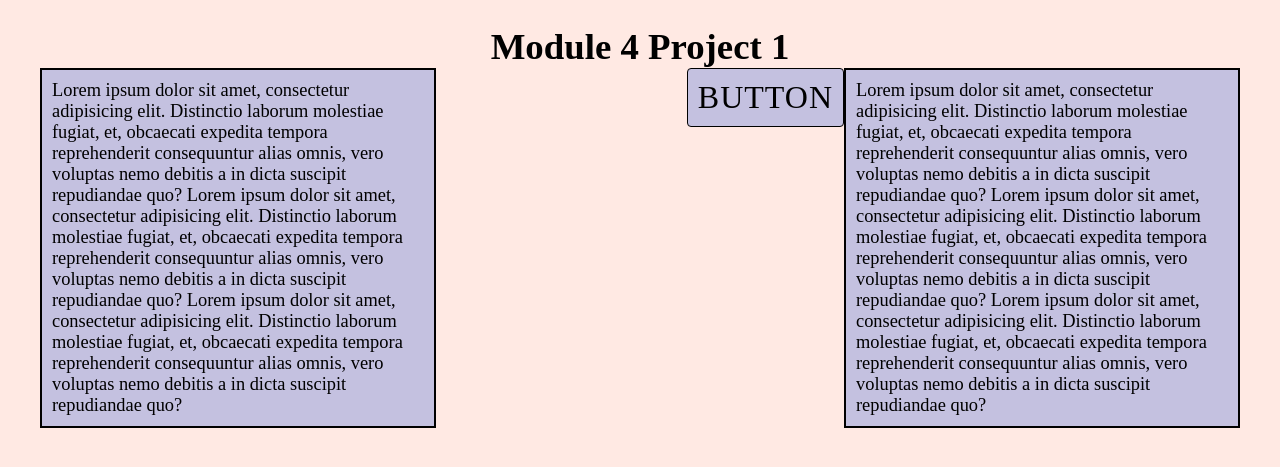
Repository: mlmEFSC21/P6-External-Style-Sheet
Page: index.html
The author's editor kept a copy of each file at every save. The page is drawn from the files as they stood at one save, then again after the next save.
The browser window is 1280 px wide. The pictures show the whole page.

Above is the page before, as saved 2022-02-13 17:25:58.

### index.html
<!DOCTYPE html>
<html lang="en">
    <head>
        <meta charset="UTF-8" />
        <meta http-equiv="X-UA-Compatible" content="IE=edge" />
        <meta name="viewport" content="width=device-width, initial-scale=1.0" />
        <link rel="stylesheet" href="Styles.css" />
        <title>External Style Sheets</title>
    </head>
    <header><h1>Module 4 Project 1</h1></header>
    <body>
        <div class="floatContainer">
            <div>
                <p class="p1">
                    Lorem ipsum dolor sit amet, consectetur adipisicing elit. Distinctio laborum
                    molestiae fugiat, et, obcaecati expedita tempora reprehenderit consequuntur
                    alias omnis, vero voluptas nemo debitis a in dicta suscipit repudiandae quo?
                    Lorem ipsum dolor sit amet, consectetur adipisicing elit. Distinctio laborum
                    molestiae fugiat, et, obcaecati expedita tempora reprehenderit consequuntur
                    alias omnis, vero voluptas nemo debitis a in dicta suscipit repudiandae quo?
                    Lorem ipsum dolor sit amet, consectetur adipisicing elit. Distinctio laborum
                    molestiae fugiat, et, obcaecati expedita tempora reprehenderit consequuntur
                    alias omnis, vero voluptas nemo debitis a in dicta suscipit repudiandae quo?
                </p>
            </div>
            <div>
                <p class="p2">
                    Lorem ipsum dolor sit amet, consectetur adipisicing elit. Distinctio laborum
                    molestiae fugiat, et, obcaecati expedita tempora reprehenderit consequuntur
                    alias omnis, vero voluptas nemo debitis a in dicta suscipit repudiandae quo?
                    Lorem ipsum dolor sit amet, consectetur adipisicing elit. Distinctio laborum
                    molestiae fugiat, et, obcaecati expedita tempora reprehenderit consequuntur
                    alias omnis, vero voluptas nemo debitis a in dicta suscipit repudiandae quo?
                    Lorem ipsum dolor sit amet, consectetur adipisicing elit. Distinctio laborum
                    molestiae fugiat, et, obcaecati expedita tempora reprehenderit consequuntur
                    alias omnis, vero voluptas nemo debitis a in dicta suscipit repudiandae quo?
                </p>
            </div>
        </div>
        <div class="button"><a href="" class="button">Button</a></div>
    </body>
</html>

### Styles.css
:root {
    /* --clr-font: black; */
    --clr-background: #ffe9e3;
    --clr-buttonBG: #c4c1e0;
    --clr-buttonHover: #7c73e6;
}
*,
*::before,
*::after {
    margin: 0;
    padding: 0;
    box-sizing: border-box;
}
header {
    text-align: center;
}
body {
    background-color: var(--clr-background);
    color: black;
    margin: 10px 25px;
    padding: 15px;
    font-size: 1.15rem;
}
p {
    margin-bottom: 15px;
    padding: 10px;
    background-color: var(--clr-buttonBG);
}
.p1 {
    border: 2px solid black;
    float: left;
    width: 33%;
}
.p2 {
    border: 2px solid black;
    float: right;
    width: 33%;
}
.p2::after {
    content: "";
    /* clear: both; */
}
div.button {
    text-align: center;
}
a {
    text-decoration: none;
}
a.button {
    float: inline-end;
    padding: 10px;
    border: 1px solid black;
    border-radius: 4px;
    font-size: 2rem;
    text-transform: uppercase;
    letter-spacing: 1px;
    background-color: var(--clr-buttonBG);
    color: var(--clr-button);
}
a.button:hover {
    background-color: var(--clr-buttonHover);
    color: white;
    cursor: pointer;
}

After the next save:
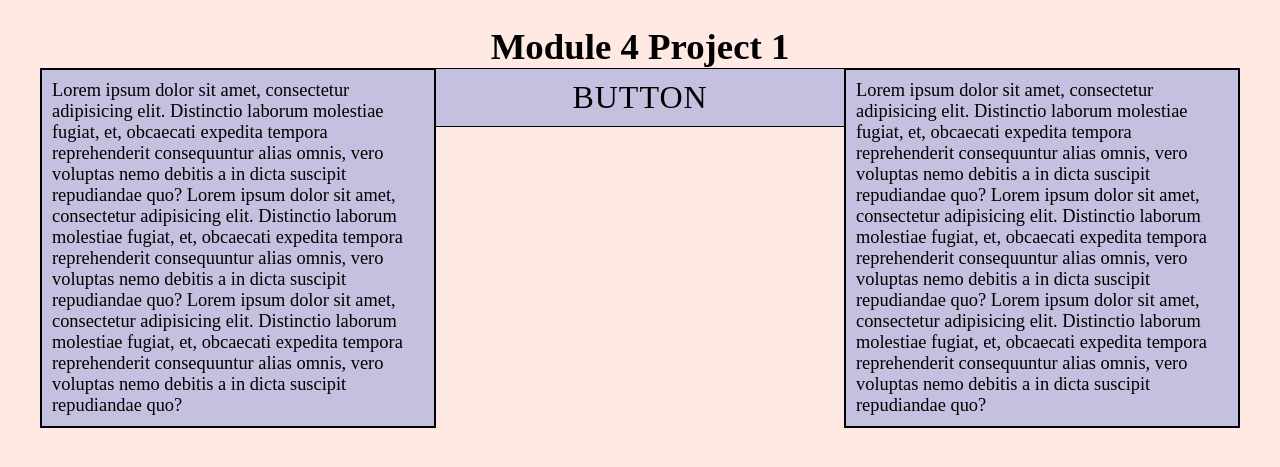
Saved 25 s later.
--- a/Styles.css
+++ b/Styles.css
@@ -47,7 +47,7 @@ a {
     text-decoration: none;
 }
 a.button {
-    float: inline-end;
+    display: block;
     padding: 10px;
     border: 1px solid black;
     border-radius: 4px;
